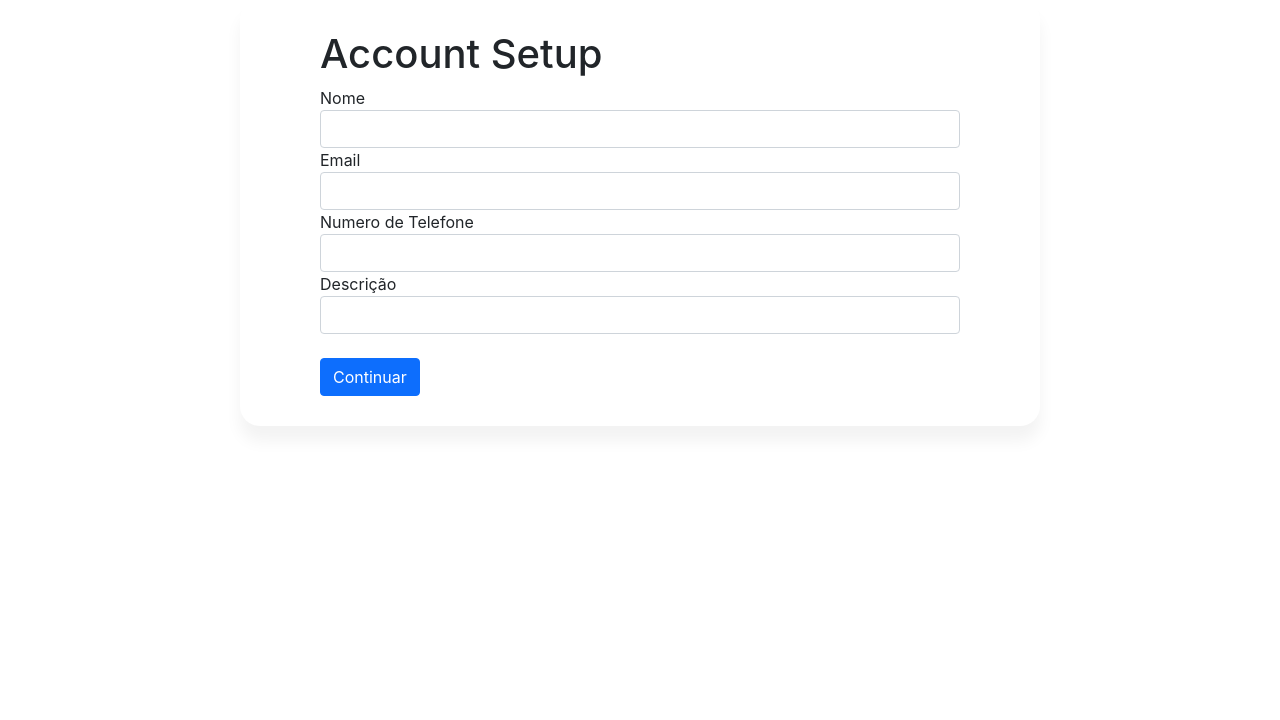
Repository: DeanLemosXD/ReactJS-3steps-form
Page: /
These files come from the project's save history. The page is drawn as it stood at one moment and after a run of saves; the edit follows.
The browser window is 1280 px wide. The pictures show the whole page.
The project was rebuilt for these pictures with package versions that can differ from the ones it lists, and the page was loaded fresh each time. Imported but missing from the stored project, and not drawn on this page: src/components/Confirm, src/components/OtherData.

Above is the page before, as saved 2021-10-26 17:01:49.

### src/App.js
import React from 'react';
import './App.css';
import Form from './components/Form.js';

function App() {
  return (
    <div className="App">
      <div className="container">
     <Form />
      </div>

    </div>
  );
}

export default App;

### src/App.css
.app {
  background-size: 30px;
  display: flex;
  justify-content: center;
  align-items: center;
  flex-direction: column;
  height: 100vh;
  background: #12c2e9;
  background: -webkit-linear-gradient(to right, #f64f59, #c471ed, #12c2e9);
  background: linear-gradient(to right, #f64f59, #c471ed, #12c2e9);



}

.form-container {
  background: #fff;
  border-radius: 20px;
  padding: 30px 80px;
  max-width: 800px;
  margin: 0 auto;
  box-shadow: 0 15px 16px .17px rgba(0,0,0,0.05);
}

### src/components/Form.js
import React, { Component } from 'react'
import AccountSetup from './AccountSetup';
import OtherData from './OtherData';
import Confirm from './Confirm';

export class form extends Component {
    state = {
        step: 1,
        name: '',
        email: '',
        phone: '',
        description: '',
        workplace: '',
        DOC: '',
        linkedin: '',

    };

    nextStep = () => {
        const { step } = this.state;
        this.setState({step: step + 1});
    };

    prevStep = () => {
        const { step } = this.state;
        this.setState({step: step - 1});
    }

    inputChange = input => e => {
        this.setState({
            [input]: e.target.value
        })
    };

    render() {
        const { step } = this.state;
        const { name, email, phone, description, workplace, DOC, linkedin } = this.state;
        const values = { name, email, phone, description, workplace, DOC, linkedin };

        // eslint-disable-next-line default-case
        switch(step) {
            case 1:
                return (
                    <AccountSetup
                    nextStep={this.nextStep}
                    inputChange={this.inputChange}
                    values={values}
                    />
                );
                case 2:
                    return (
                        <OtherData
                        nextStep={this.nextStep}
                        prevStep={this.prevStep}
                        inputChange={this.inputChange}
                        values={values}
                         />
                    );
                    case 3:
                        return (
                            <Confirm
                            nextStep={this.nextStep}
                            prevStep={this.prevStep}
                            inputChange={this.inputChange}
                            values={values}
                            />
                        );
        }
    }
}

export default form

### src/components/AccountSetup.js
import React, { Component } from 'react'

export class AccountSetup extends Component {
    continue = e => {
        e.preventDefault();
        this.props.nextStep();
    }
    render() {
        const { values, inputChange } = this.props;

        return (
            <div className="form-container">
                <h1>Account Setup</h1>
                <div className="form-group">
                    <label htmlFor="name">Nome</label>
                    <input type="text" className="form-control" name="name" onChange={inputChange('name')} value={values.name} />
                </div>
                <div className="form-group">
                    <label htmlFor="email">Email</label>
                    <input type="text" className="form-control" name="email" onChange={inputChange('email')} value={values.email} />
                </div>
                <div className="form-group">
                    <label htmlFor="phone">Numero de Telefone</label>
                    <input type="text" className="form-control" name="phone" onChange={inputChange('phone')} value={values.phone} />
                </div>
                <div className="form-group">
                    <label htmlFor="description">Descrição</label>
                    <input type="text" className="form-control" name="description" onChange={inputChange('description')} value={values.description} />
                </div>

                <br />

            <div className="text-right">
                <button className="btn btn-primary" onClick={this.continue}>Continuar</button>
            </div>
            </div>
        )
    }
}

export default AccountSetup

Loaded but not shown: public/index.html (common file); src/index.js (common file); src/index.css (common file); src/reportWebVitals.js (common file)

After the next 2 saves:
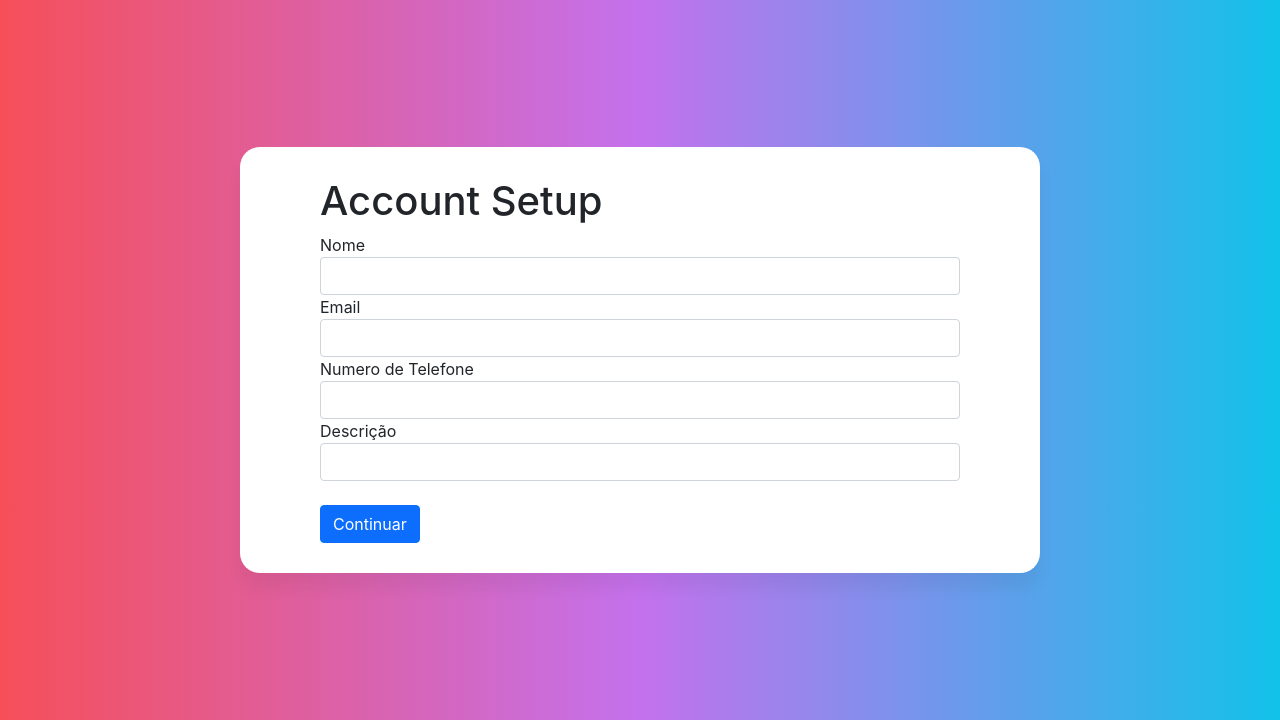
The 2 saves are shown as one change because they came seconds apart.
The last was saved 10 s later.
--- a/src/App.css
+++ b/src/App.css
@@ -1,5 +1,4 @@
-.app {
-  background-size: 30px;
+.App {
   display: flex;
   justify-content: center;
   align-items: center;
